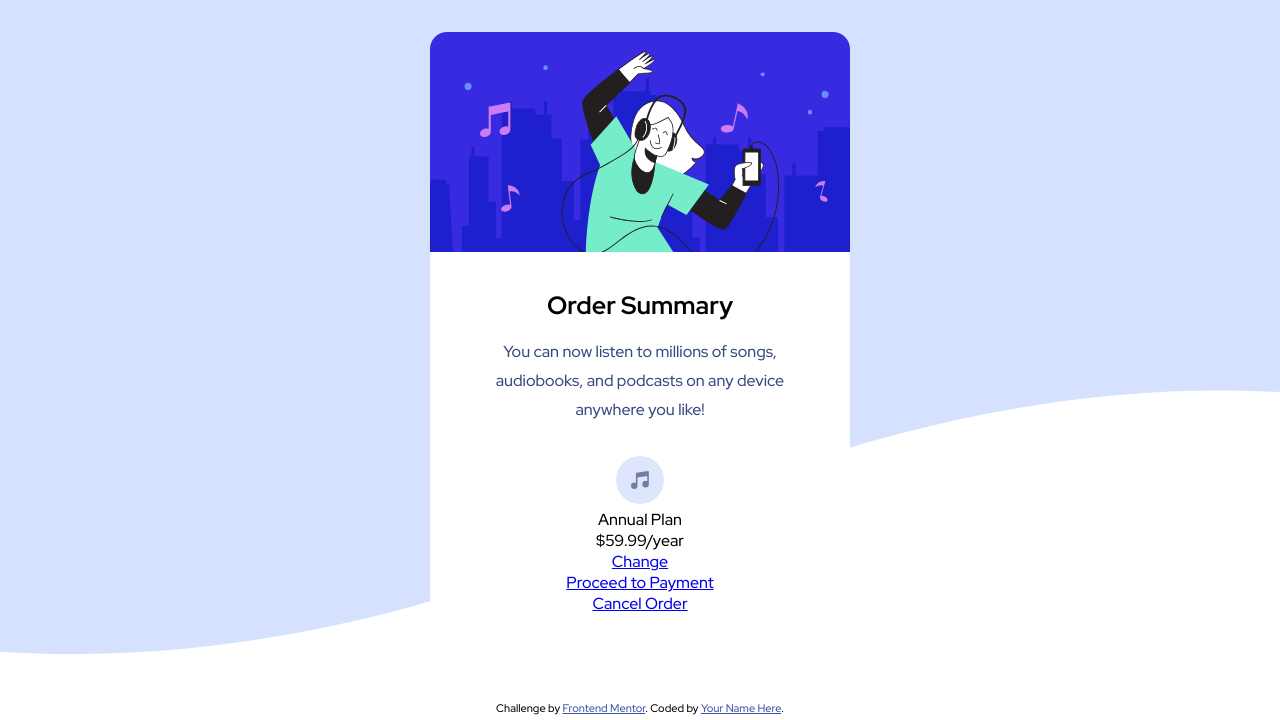
Repository: DejV44/order-summary-frontend
Page: index.html
The author's editor kept a copy of each file at every save. The page is drawn from the files as they stood at one save, then again after the next save.
The browser window is 1280 px wide. The pictures show the whole page.
The style sheet was rebuilt from its Sass, Less or Tailwind sources for each picture, by a compiler version that may differ from the author's.

Above is the page before, as saved 2021-08-12 21:11:08.

### index.html
<!DOCTYPE html>
<html lang="en">
<head>
  <meta charset="UTF-8">
  <meta name="viewport" content="width=device-width, initial-scale=1.0">
  <link rel="stylesheet" href="css/style.css">

  <link rel="icon" type="image/png" sizes="32x32" href="./images/favicon-32x32.png">

  <title>Frontend Mentor | Order summary card</title>

</head>
<body>
  <div class="container">
    <div class="backgr">
      <img src="/images/illustration-hero.svg" alt="hero">
    </div>
    <div class="content">
      <h1>Order Summary</h1>
      <p>You can now listen to millions of songs, audiobooks, and podcasts on any
      device anywhere you like!</p>
    </div>
    <div class="price_container">
      <div class="annual">
        <img src="/images/icon-music.svg" alt="music">
        <p>Annual Plan</p>
        <p>$59.99/year</p>
      </div>
      <a href="#">Change</a>
    </div>
    <div class="button">
      <a href="#">Proceed to Payment</a>
    </div>
    <div class="cancel_button">
      <a href="#">Cancel Order</a>
    </div>

  </div>

  <div class="attribution">
    Challenge by <a href="https://www.frontendmentor.io?ref=challenge" target="_blank">Frontend Mentor</a>.
    Coded by <a href="#">Your Name Here</a>.
  </div>
</body>
</html>

### css/style.scss
* {
    margin: 0;
    padding: 0;
}
@import url('https://fonts.googleapis.com/css2?family=Red+Hat+Display:wght@500;700;900&display=swap');
@import "variables";
@import "mixins";

body {
    @include body;
    @include fonts;
}

.container {
    @include container;
    @include border;

}
.attribution {
    @include attribution;
}

.content {
    @include content;
}

### css/_variables.scss
// ---COLORS--

$Paleblue: hsl(225, 100%, 94%);
$Brightblue: hsl(245, 75%, 52%);
$VeryPaleBlue: hsl(225, 100%, 98%);
$Desaturatedblue: hsl(224, 41%, 36%);
$DarkBlue: hsl(223, 47%, 23%);

### css/_mixins.scss
@mixin fonts {
    font-family: 'Red Hat Display', sans-serif;
}

@mixin backgroundMob {
    background: url(/images/pattern-background-mobile.svg);
    background-repeat: no-repeat;
    background-size: cover;
    background-position: center;
}

@mixin container {
    max-width: 420px;
    margin: 0 auto;
    text-align: center;

    overflow: hidden;
    @include fonts;
    background: white;
}

@mixin border {
    border-radius: 17px;

}

@mixin attribution {
    position: fixed;
    bottom: 5px;
    font-size: 11px; text-align: center;
    a {
        color: hsl(228, 45%, 44%);
    }
}

@mixin body {
    @include backgroundMob;
    display: flex;
    justify-content: center;
    align-items: center;
    margin: 2rem auto;
}

@mixin content {
    padding: 2rem;

    h1 {
        font-size: 25px;
        padding-bottom: 1rem;
    }

    p {
        line-height: 1.8rem;
        color: $Desaturatedblue;
    }
}

After the next save:
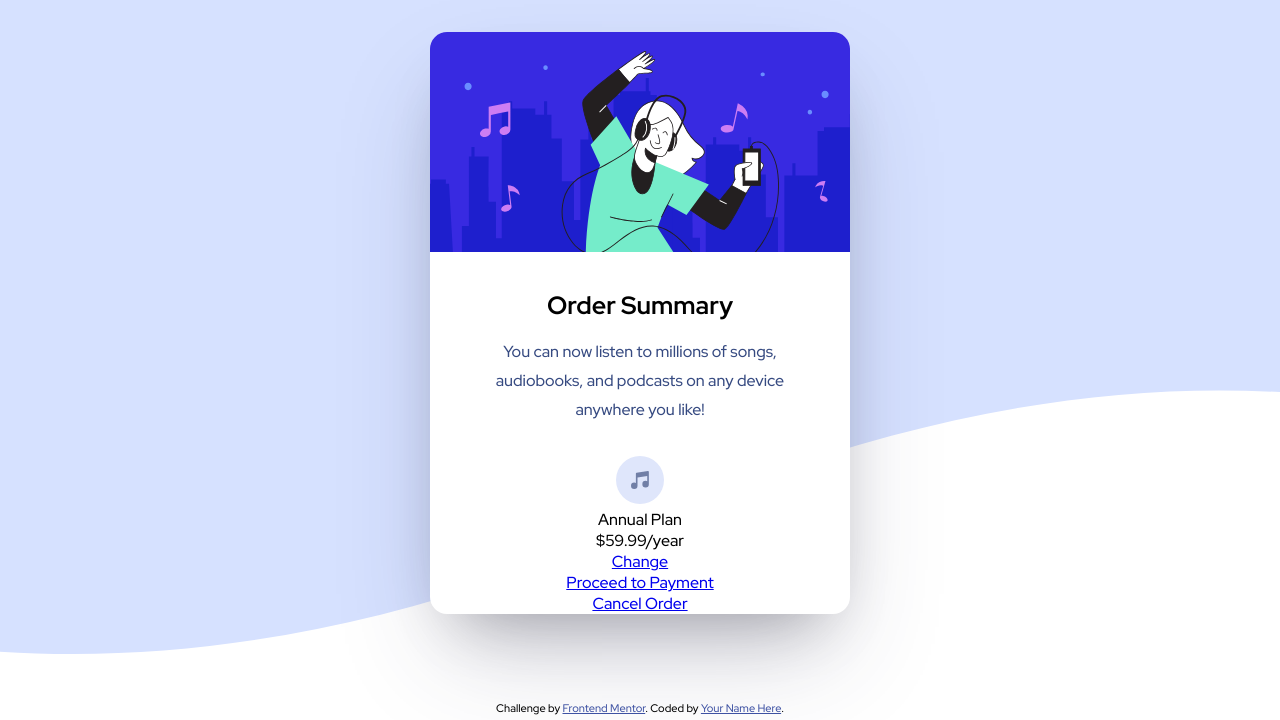
Saved 8 min 32 s later.
--- a/css/_mixins.scss
+++ b/css/_mixins.scss
@@ -13,7 +13,7 @@
     max-width: 420px;
     margin: 0 auto;
     text-align: center;
-
+    box-shadow: rgba(255, 255, 255, 0.1) 0px 1px 1px 0px inset, rgba(50, 50, 93, 0.25) 0px 50px 100px -20px, rgba(0, 0, 0, 0.3) 0px 30px 60px -30px;
     overflow: hidden;
     @include fonts;
     background: white;
